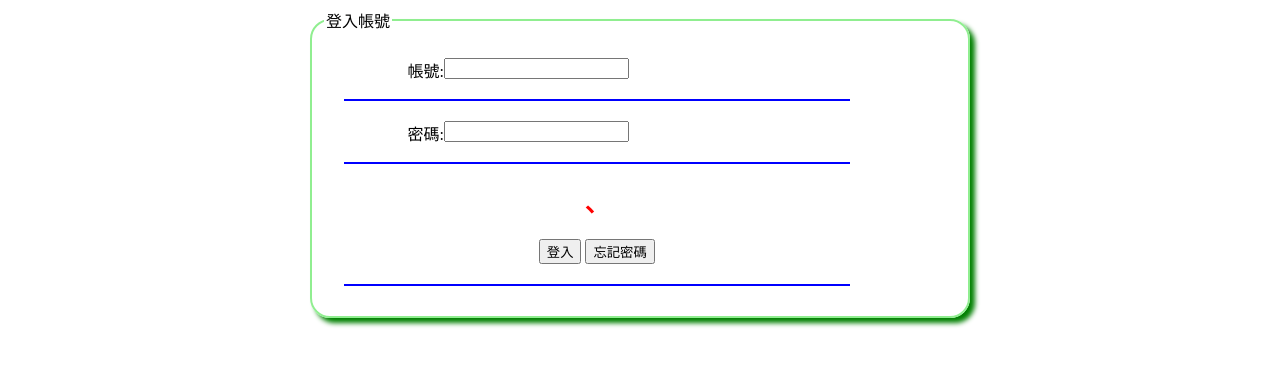
Repository: cctytw2000/Hibernate_HW
Page: http://localhost/EEIT109_35/member/LoginMember.jsp
These files come from the project's save history. The page is drawn as it stood at one moment and after the next save; the edit follows.
The browser window is 1280 px wide. The pictures show the whole page.
The page is served by Tomcat 9. Nobody is signed in. The application's start-up code is not run.

Above is the page before, as saved 2019-09-26 06:59:42.

After the next save:
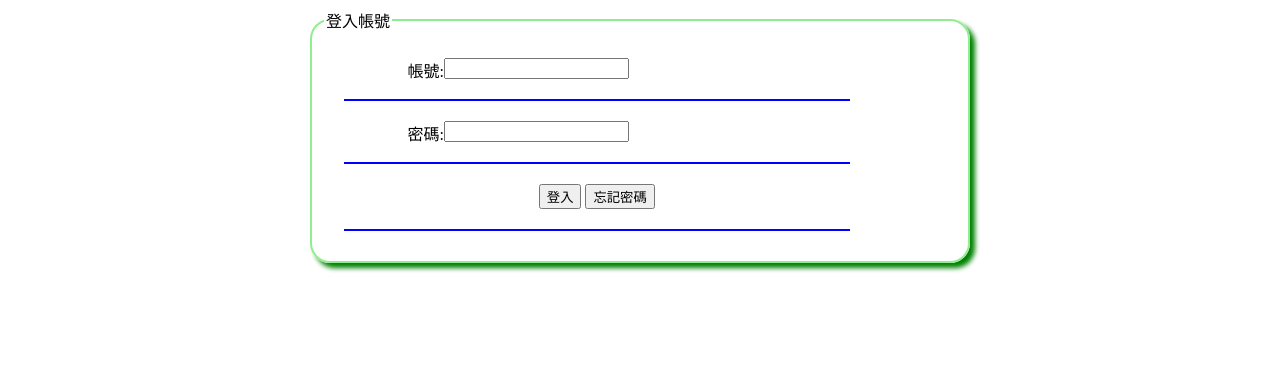
Saved 2 s later.
--- a/Member/EEIT109_35/src/main/webapp/member/LoginMember.jsp
+++ b/Member/EEIT109_35/src/main/webapp/member/LoginMember.jsp
@@ -48,7 +48,7 @@ input:focus {
 
 			</div>
 			<div class="div1" style="text-align: center">
-			<h2 style="color:red;">${ErrorMsgKey.AccountEmptyError}、${ErrorMsgKey.PasswordEmptyError}</h2>
+			<h2 style="color:red;">${ErrorMsgKey.AccountEmptyError}${ErrorMsgKey.PasswordEmptyError}</h2>
 
 
 
